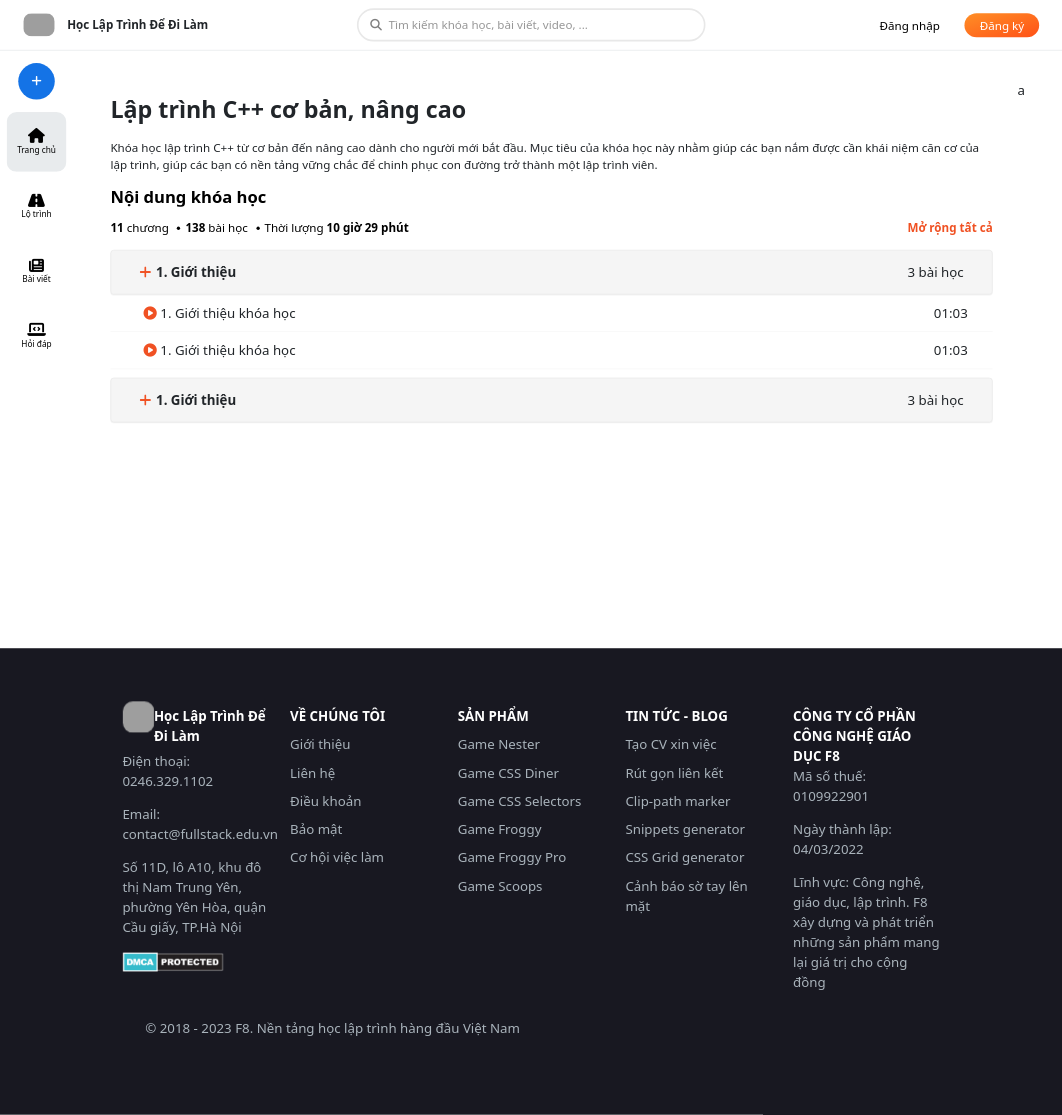
Repository: Quoc-Thang/projectasm
Page: introcourse.html
An editor plug-in stored every save of this project. The page is shown before and after the next save, followed by the edit.
The browser window is 1280 px wide. The pictures show the whole page, at 83% of full size.
Pictures or frames that could not be fetched are drawn as grey boxes. Some web libraries are served in a nearby version.

Above is the page before, as saved 2023-11-30 22:10:10.

### introcourse.html
<!DOCTYPE html>
<html lang="vi">
  <head>
    <meta charset="UTF-8" />
    <meta name="viewport" content="width=device-width, initial-scale=1.0" />
    <title>F8 - Học lập trình để đi làm</title>
    <!-- Preconnect -->
    <link rel="preconnect" href="https://unpkg.com/aos@2.3.1" />
    <link
      rel="preconnect"
      href="https://cdn.jsdelivr.net/npm/bootstrap@5.3.2" />
    <link rel="preconnect" href="https://kit.fontawesome.com" />
    <link rel="preconnect" href="https://fonts.googleapis.com" />
    <link rel="preconnect" href="https://fonts.gstatic.com" crossorigin />

    <!-- AOS -->
    <link href="https://unpkg.com/aos@2.3.1/dist/aos.css" rel="stylesheet" />

    <!-- Bootstrap -->
    <link
      href="https://cdn.jsdelivr.net/npm/bootstrap@5.3.2/dist/css/bootstrap.min.css"
      rel="stylesheet"
      integrity="sha384-T3c6CoIi6uLrA9TneNEoa7RxnatzjcDSCmG1MXxSR1GAsXEV/Dwwykc2MPK8M2HN"
      crossorigin="anonymous" />

    <!-- Google Fonts -->
    <link
      href="https://fonts.googleapis.com/css2?family=Poppins:wght@100;200;300;400&family=Roboto:wght@100;300;400&display=swap"
      rel="stylesheet" />

    <!-- CSS -->
    <link rel="stylesheet" href="./view/assets/css/reset.css" />
    <link rel="stylesheet" href="./view/assets/css/synthetic.css" />
    <link rel="stylesheet" href="./view/assets/css/header.css" />
    <link rel="stylesheet" href="./view/assets/css/nav.css" />
    <link rel="stylesheet" href="./view/assets/css/slider.css" />
    <link rel="stylesheet" href="./view/assets/css/wrappercontent.css" />
    <link rel="stylesheet" href="./view/assets/css/footer.css" />
    <link rel="stylesheet" href="./view/assets/css/introcourse.css">
  </head>

  <body>
    <!-- Content -->
    <div id="wrapper">
      <!-- Header -->
      <header>
        <div class="row wrap-header">
          <!-- Logo Website -->
          <div class="col-4">
            <div class="logo">
              <a href="/">
                <img src="./view/assets/image/Logo.png" alt="Logo Website" />
              </a>
              <h4 class="logoTxt">Học Lập Trình Để Đi Làm</h4>
            </div>
          </div>

          <!-- Search -->
          <div class="col-4">
            <div class="form-search">
              <form action="" method="post">
                <div class="form">
                  <button type="submit">
                    <i class="fa-solid fa-magnifying-glass"></i>
                  </button>
                  <input
                    type="search"
                    placeholder="Tìm kiếm khóa học, bài viết, video, ..."
                    name="searchTxt"
                    id="search-input"
                    autocomplete="off"
                    />
                </div>
              </form>
              <div class="card-search">
                <div class="heading-card-search">
                  <i class="fa-solid fa-magnifying-glass"></i>
                  <span>Kết quả tìm kiếm cho:</span>
                </div>
                <div class="content-card-search">
                  <div class="title-content">
                    <h2>
                      Khóa học
                    </h2>
                    <a href="#">
                      Xem thêm
                    </a>
                  </div>
                  <ul class="main-content" id="apiData">
                    <li>
                      <a href="#">
                        <img src="./view/assets/image/htmlcsszerohero.png" alt="Image course">
                        <span>
                          HTML, CSS từ cơ bản đến nâng cao
                        </span>
                      </a>
                    </li>
                    <li>
                      <a href="#">
                        <img src="./view/assets/image/htmlcsspro.png" alt="Image course">
                        <span>
                          HTML, CSS Pro
                        </span>
                      </a>
                    </li>
                    <li>
                      <a href="#">
                        <img src="./view/assets/image/sass.png" alt="Image course">
                        <span>
                          Ngôn ngữ tiền xử lý sass
                        </span>
                      </a>
                    </li>
                  </ul>
                </div>
              </div>
            </div>
          </div>

          <!-- Account -->
          <div class="col-4">
            <div class="account">
              <div class="login">
                <a class="openLogin" href="javascript:void(0)"> Đăng nhập </a>
              </div>
              <div class="signup">
                <a class="openSignup" href="javascript:void(0)"> Đăng ký </a>
              </div>
            </div>
          </div>
        </div>
      </header>

      <main id="main-content">
        <!-- Sidebar -->
        <nav class="menu-sidebar">
          <div class="sidebar">
            <div id="news-post" onclick="newsPost()">
              <a id="rotate" href="javascript:void(0)">
                <i class="fa-solid fa-plus"></i>
              </a>
              <span id="model-news">Thêm tin tức mới</span>
            </div>
            <ul>
              <li>
                <a class="menu-sidebar active" href="#">
                  <i class="fa-solid fa-house"></i>
                  <span class="txt-menu"> Trang chủ </span>
                </a>
              </li>
              <li>
                <a class="menu-sidebar" href="#">
                  <i class="fa-solid fa-road"></i>
                  <span class="txt-menu"> Lộ trình </span></a
                >
              </li>
              <li>
                <a class="menu-sidebar" href="#">
                  <i class="fa-solid fa-newspaper"></i>
                  <span class="txt-menu"> Bài viết </span></a
                >
              </li>
              <li>
                <a class="menu-sidebar" href="#">
                  <i class="fa-solid fa-laptop-code"></i>
                  <span class="txt-menu"> Hỏi đáp </span></a
                >
              </li>
            </ul>
          </div>
        </nav>

        <!-- Article -->
        <article id="main">

          <!-- Wrapper Content Main -->
          <div class="wrapper-content">
            <div class="intro-course">
              <div class="content-course">
                <div class="heading-course">
                  <h1 class="title-heading-course">
                    Lập trình C++ cơ bản, nâng cao
                  </h1>
                  <p class="desc-course">
                    Khóa học lập trình C++ từ cơ bản đến nâng cao dành cho người mới bắt đầu. Mục tiêu của khóa học này nhằm giúp các bạn nắm được cần khái niệm căn cơ của lập trình, giúp các bạn có nền tảng vững chắc để chinh phục con đường trở thành một lập trình viên.
                  </p>
                </div>
                <div class="main-content-course">
                  <div class="content-course-top">
                    <h2 class="title-course">
                      Nội dung khóa học
                    </h2>
                    <div class="desc-content-course">
                      <ul>
                        <li>
                          <a href="#">
                            <strong>
                              11
                            </strong>
                            chương
                          </a>
                        </li>
                        <li>
                          <a href="#">
                            <strong>
                              138
                            </strong>
                            bài học
                          </a>
                        </li>
                        <li>
                          <a href="#">
                            Thời lượng
                            <strong>
                              10 giờ 29 phút
                            </strong>
                          </a>
                        </li>
                      </ul>
                      <a class="read-more" href="#">
                        Mở rộng tất cả
                      </a>
                    </div>
                  </div>

                    <div class="list-panels-course">
                      <div class="list-panel-course">
                        <div class="panel-left">
                          <div class="icon-panel">
                              <i class="fa-solid fa-plus" style="color: #f05123;"></i>
                              <i class="fa-solid fa-minus" style="color: #f05123;"></i>
                          </div>
                          <span>
                            1. Giới thiệu
                          </span>
                        </div>
                        <div class="panel-right">
                          <span>
                            3 bài học
                          </soan>
                        </div>
                      </div>

                      <!-- List tab panel -->
                      <div class="list-tab-panel">
                        <!-- Tab panel -->
                        <div class="tab-panel">
                          <span class="desc-panel">
                            <i class="fa-solid fa-circle-play" style="color: #f05123;"></i>
                            1. Giới thiệu khóa học
                          </span>
                          <span class="desc-time">
                            01:03
                          </span>
                        </div>

                        <div class="tab-panel">
                          <span class="desc-panel">
                            <i class="fa-solid fa-circle-play" style="color: #f05123;"></i>
                            1. Giới thiệu khóa học
                          </span>
                          <span class="desc-time">
                            01:03
                          </span>
                        </div>
                      </div>
                    </div>

                    <div class="list-panels-course">
                      <div class="list-panel-course">
                        <div class="panel-left">
                          <div class="icon-panel">
                              <i class="fa-solid fa-plus" style="color: #f05123;"></i>
                              <i class="fa-solid fa-minus" style="color: #f05123;"></i>
                          </div>
                          <span>
                            1. Giới thiệu
                          </span>
                        </div>
                        <div class="panel-right">
                          <span>
                            3 bài học
                          </soan>
                        </div>
                      </div>
                    <!-- List tab panel -->
                    <div class="list-tab-panel">
                      <!-- Tab panel -->
                      <div class="tab-panel">
                        <span class="desc-panel">
                          <i class="fa-solid fa-circle-play" style="color: #f05123;"></i>
                          1. Giới thiệu khóa học
                        </span>
                        <span class="desc-time">
                          01:03
                        </span>
                      </div>

                      <div class="tab-panel">
                        <span class="desc-panel">
                          <i class="fa-solid fa-circle-play" style="color: #f05123;"></i>
                          1. Giới thiệu khóa học
                        </span>
                        <span class="desc-time">
                          01:03
                        </span>
                      </div>
                    </div>
                  </div>
                </div>
              </div>
              <div class="intro-course">
                a
              </div>
            </div>
          </div>
        </article>
      </main>

      <!-- Footer -->
      <footer>
        <div class="content-footer">
          <!-- Footer top -->
          <div class="footer-top">
            <!-- Slogan -->
            <div class="slogan content-column-footer">
              <div class="footer-slogan title-footer">
                <figure>
                  <img src="./view/assets/image/Logo.png" alt="Logo Website" />
                </figure>
                <figcaption>
                  <span class="txt-slogan"> Học lập trình để đi làm </span>
                </figcaption>
              </div>
              <div class="footer-contact-list">
                <ul>
                  <li>
                    <p>Điện thoại: 0246.329.1102</p>
                  </li>
                  <li>
                    <p>Email: contact@fullstack.edu.vn</p>
                  </li>
                  <li>
                    <p>
                      Số 11D, lô A10, khu đô thị Nam Trung Yên, phường Yên Hòa,
                      quận Cầu giấy, TP.Hà Nội
                    </p>
                  </li>
                </ul>
              </div>
              <div class="footer-protect">
                <figure>
                  <a href="#">
                    <img
                      src="./view/assets/image/dmca.png"
                      alt="DMCA Protect" />
                  </a>
                </figure>
              </div>
            </div>

            <!-- About us -->
            <div class="about content-column-footer">
              <div class="title-footer about-us">
                <span>Về chúng tôi</span>
              </div>
              <nav class="list-about">
                <ul>
                  <li><a href="#">Giới thiệu</a></li>
                  <li><a href="#">Liên hệ</a></li>
                  <li><a href="#">Điều khoản</a></li>
                  <li><a href="#">Bảo mật</a></li>
                  <li><a href="#">Cơ hội việc làm</a></li>
                </ul>
              </nav>
            </div>

            <!-- Products -->
            <div class="product content-column-footer">
              <div class="title-footer product-type">
                <span>Sản phẩm</span>
              </div>
              <nav class="list-product">
                <ul>
                  <li><a href="#">Game Nester</a></li>
                  <li><a href="#">Game CSS Diner</a></li>
                  <li><a href="#">Game CSS Selectors</a></li>
                  <li><a href="#">Game Froggy</a></li>
                  <li><a href="#">Game Froggy Pro</a></li>
                  <li><a href="#">Game Scoops</a></li>
                </ul>
              </nav>
            </div>

            <!-- Tools -->
            <div class="tools content-column-footer">
              <div class="title-footer tools-type">
                <span>Tin tức - Blog</span>
              </div>
              <nav class="list-tools">
                <ul>
                  <li><a href="#">Tạo CV xin việc</a></li>
                  <li><a href="#">Rút gọn liên kết</a></li>
                  <li><a href="#">Clip-path marker</a></li>
                  <li><a href="#">Snippets generator</a></li>
                  <li><a href="#">CSS Grid generator</a></li>
                  <li><a href="#">Cảnh báo sờ tay lên mặt</a></li>
                </ul>
              </nav>
            </div>

            <!-- Company -->
            <div class="company content-column-footer">
              <div class="title-footer company-type">
                <span>Công ty cổ phần công nghệ giáo dục F8</span>
              </div>
              <nav class="list-company">
                <ul>
                  <li>
                    <p href="#">Mã số thuế: <span>0109922901</span></p>
                  </li>
                  <li>
                    <p href="#">Ngày thành lập: <span>04/03/2022</span></p>
                  </li>
                  <li>
                    <p href="#">
                      Lĩnh vực:
                      <span
                        >Công nghệ, giáo dục, lập trình. F8 xây dựng và phát
                        triển những sản phẩm mang lại giá trị cho cộng đồng
                      </span>
                    </p>
                  </li>
                </ul>
              </nav>
            </div>
          </div>

          <!-- Footer bottom -->
          <div class="footer-bottom">
            <div class="copyright">
              <p>© 2018 - 2023 F8. Nền tảng học lập trình hàng đầu Việt Nam</p>
            </div>
            <div class="social-media">
              <!-- <img src="/images/icons/facebook.svg" alt="" />
              <img src="/images/icons/instagram.svg" alt="" />
              <img src="/images/icons/twitter.svg" alt="" />
              <img src="/images/icons/linkedin.svg" alt="" /> -->
            </div>
          </div>
          </div>
        </div>
      </footer>
    </div>
    <!-- Javascript -->
    <script src="./view/assets/javascript/sidebar.js"></script>
    <script src="./view/assets/javascript/introcourse.js"></script>
    <script src="./view/assets/javascript/formsearch.js"></script>
    <script src="./view/assets/javascript/formlogin.js"></script>
    <script src="./view/assets/javascript/formsignup.js"></script>

    <!-- Font Awesome -->
    <script
      src="https://kit.fontawesome.com/3e006365dd.js"
      crossorigin="anonymous"></script>

    <!-- Bootstrap -->
    <script
      src="https://cdn.jsdelivr.net/npm/bootstrap@5.3.2/dist/js/bootstrap.bundle.min.js"
      integrity="sha384-C6RzsynM9kWDrMNeT87bh95OGNyZPhcTNXj1NW7RuBCsyN/o0jlpcV8Qyq46cDfL"
      crossorigin="anonymous"></script>

    <!-- AOS -->
    <script src="https://unpkg.com/aos@2.3.1/dist/aos.js"></script>
    <script>
      AOS.init();
    </script>
  </body>
</html>

### view/assets/css/synthetic.css
:root {
  --system-ui: system-ui, "Segoe UI", Roboto, Helvetica, Arial, sans-serif,
    "Apple Color Emoji", "Segoe UI Emoji", "Segoe UI Symbol";
  --font-code: "SF Mono", monospace;
}

html,
body {
  min-height: 100% !important;
  height: 100%;
}

body {
  font-family: var(--system-ui);
  scroll-behavior: smooth;
  overflow-x: hidden;
}

main {
  display: flex;
}

#main {
  display: flex;
  flex-direction: column;
}

article {
  display: flex;
  min-width: 100vh;
}

#wrapper {
  width: 100%;
}

/* width */
::-webkit-scrollbar {
  width: 8px;
}

/* Track */
::-webkit-scrollbar-track {
  box-shadow: inset 0 0 5px grey;
  /* border-radius: 8px; */
}

/* Handle */
::-webkit-scrollbar-thumb {
  background: #a9a9a9;
  border-radius: 4px;
}

/* Handle on hover */
::-webkit-scrollbar-thumb:hover {
  background: #a9a9a9;
}

ul {
  list-style-type: none;
  margin: 0;
  padding: 0;
}

a {
  text-decoration: none;
}

### view/assets/css/footer.css
:root {
  --background-color: #fff;
  --border-bottom: #e8ebed;
  --border-color: #1473e6;
  --background-hover: #f5f5f5;
  --border: #e8e8e8;
  --color-txt: #000;
  --background-color-menu: #f0f0f0;
  --background-txt: linear-gradient(to right bottom, #ff8f26, #ff5117);
  --cta-hover-color-one: #6828fa;
}

footer {
  background-color: #181821;
  color: #a9b3bb;
  padding: 70px 0 60px;
  height: 100%;
  width: 100%;
  display: flex;
  justify-content: center;
}

footer a {
  color: #a9b3bb;
  margin: 10px 0;
  display: block;
}

.content-footer {
  display: flex;
  flex-wrap: wrap;
  flex-direction: column;
  width: 100%;
  max-width: calc(100% - 350px);
  justify-content: center;
}

.footer-top {
  display: flex;
  flex-direction: row;
  justify-content: center;
  align-items: flex-start;
  flex-wrap: wrap;
  margin-left: -40px;
  margin-right: -40px;
}

.content-column-footer {
  width: calc(20% - 25px);
  margin-left: 25px;
}

.content-column-footer:first-child {
  margin-left: 0;
}

.title-footer {
  color: var(--background-color);
  text-transform: uppercase;
  font-size: 16px;
  font-weight: 600;
}

.footer-slogan figure {
  transform: translateY(-6px);
}

.txt-slogan {
  text-transform: capitalize;
}

.footer-slogan {
  display: flex;
  flex-direction: row;
}

.footer-slogan img {
  height: 38px;
  width: 38px;
  border-radius: 12px;
}

.footer-bottom {
  display: flex;
  flex-direction: row;
  justify-content: space-between;
  padding: 1rem 0;
  align-items: center;
  width: calc(100% - 350px);
}

### view/assets/css/introcourse.css
:root {
  --primary-color: #f05123;
  --background-color: #fff;
  --border-bottom: #e8ebed;
  --border-color: #1473e6;
  --background-hover: #f5f5f5;
  --border: #e8e8e8;
  --color-txt: #000;
  --background-color-menu: #f0f0f0;
}

.intro-course {
  display: flex;
  flex-direction: row;
}

.content-course {
  padding: 0 30px 0 0;
  /* color: #000; */
}

.title-heading-course {
  font-weight: 700;
  font-size: 28px;
}

.desc-course {
  font-size: 14px;
}

.list-panels-course {
  margin-bottom: 10px;
}

.title-course {
  font-size: 20px;
  font-weight: 700;
}

.desc-content-course {
  display: flex;
  gap: 20px;
  align-items: center;
  justify-content: space-between;
  margin-bottom: 16px;
}

.desc-content-course ul {
  display: flex;
  gap: 20px;
}

.desc-content-course ul li {
  position: relative;
}

.desc-content-course ul li:not(:last-child):after {
  content: "";
  position: absolute;
  border-radius: 50%;
  height: 4px;
  width: 4px;
  background-color: var(--color-txt);
  top: 50%;
  margin-left: 10px;
}

.desc-content-course a {
  color: var(--color-txt);
  font-size: 14px;
}

.read-more {
  color: var(--primary-color) !important;
  font-weight: 600;
  margin-right: 0;
}

.list-panel-course,
.panel-left {
  display: flex;
  gap: 20px;
  cursor: pointer;
}

.panel-left span {
  font-weight: 600;
}

.list-panel-course {
  justify-content: space-between;
  background-color: var(--background-hover);
  padding: 14px 34px;
  border-radius: 4px;
  box-shadow: 0 1px 1px rgba(0, 0, 0, 0.05);
  border: 1px solid #ebebeb;
  position: sticky;
  top: 0;
}

.icon-panel {
  position: relative;
}

.fa-plus,
.fa-minus {
  position: absolute;
  top: 50%;
  transform: translateY(-50%);
}

.list-tab-panel {
  width: 100%;
  height: 100%;
  /* display: flex; */
  /* flex-direction: column; */
  display: none;
}

.tab-panel {
  display: flex;
  justify-content: space-between;
  border: 1px solid #00000008;
  border-right: 0;
  border-top: 0;
  border-left: 0;
  padding: 10px 30px 10px 40px;
}

.fa-play {
  background-color: var(--primary-color);
  height: 14px;
  width: 14px;
  border-radius: 50%;
}

.video-course figure {
  display: flex;
  position: relative;
  justify-content: center;
  align-items: center;
}

.video-course figure img {
  border-radius: 20px;
}

.video-course figcaption {
  position: absolute;
  top: 50%;
  left: 50%;
  transform: translate(-50%, -50%);
  text-align: center;
  background: linear-gradient(
    180deg,
    rgba(30, 30, 28, 0),
    rgba(30, 30, 28, 0.9)
  );
  width: 100%;
  height: 100%;
  display: flex;
  justify-content: center;
  align-items: center;
  flex-direction: column;
  border-radius: 20px;
}

.play-video {
  font-size: 60px;
}

Loaded but not shown: view/assets/css/reset.css (common file); view/assets/javascript/formsignup.js (252 lines, source omitted); view/assets/javascript/formlogin.js (244 lines, source omitted); view/assets/javascript/introcourse.js (40 lines, source omitted); view/assets/javascript/sidebar.js (29 lines, source omitted); view/assets/javascript/formsearch.js (20 lines, source omitted); view/assets/css/slider.css (230 lines, source omitted); view/assets/css/wrappercontent.css (239 lines, source omitted); view/assets/css/nav.css (142 lines, source omitted); view/assets/css/header.css (164 lines, source omitted)

After the next save:
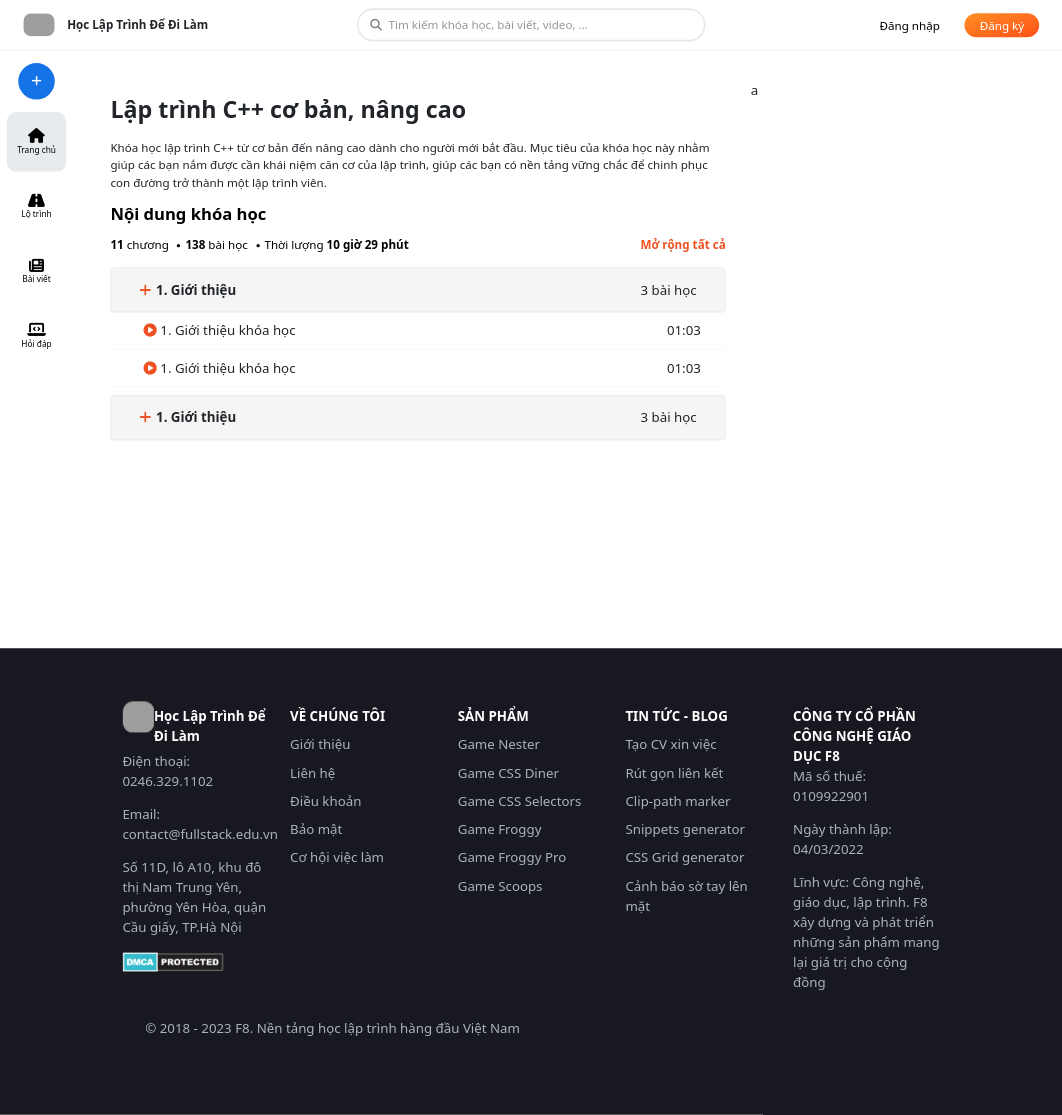
Saved 105 s later.
--- a/view/assets/css/introcourse.css
+++ b/view/assets/css/introcourse.css
@@ -16,7 +16,7 @@
 
 .content-course {
   padding: 0 30px 0 0;
-  /* color: #000; */
+  width: 70%;
 }
 
 .title-heading-course {
